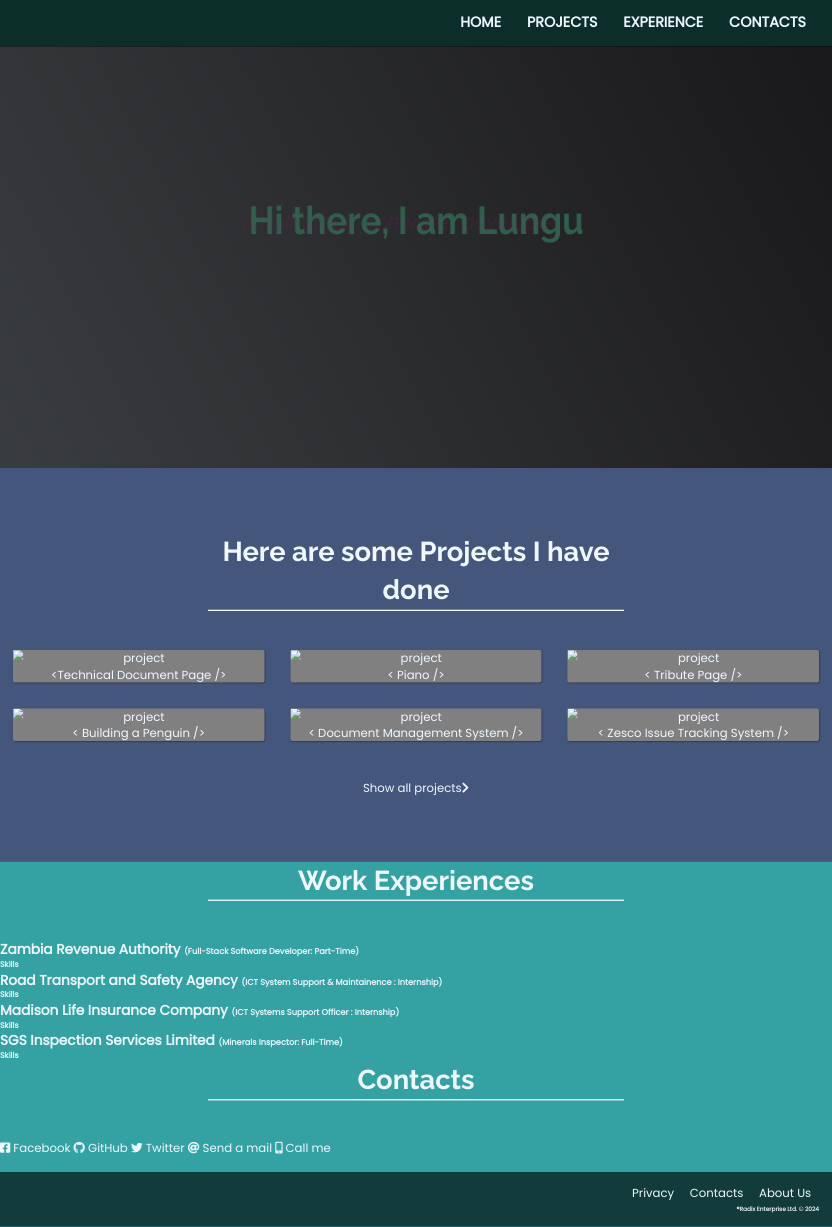
Repository: Lungdjos/personal_portifolio
Page: html/index.html
These files come from the project's save history. The page is drawn as it stood at one moment and after the next save; the edit follows.
The browser window is 1280 px wide. The pictures show the whole page, at 65% of full size.
Some web libraries are served in a nearby version.

Above is the page before, as saved 2024-02-04 00:46:01.

### html/index.html
<!DOCTYPE html>
<html lang="en">

<head>
    <meta charset="UTF-8">
    <meta name="viewport" content="width=device-width, initial-scale=1.0">
    <title>Personal Portifolio</title>
    <link rel="stylesheet" href="/css/styles.css">
    <link rel="stylesheet" href="https://use.fontawesome.com/releases/v5.8.2/css/all.css" integrity="sha384-oS3vJWv+0UjzBfQzYUhtDYW+Pj2yciDJxpsK1OYPAYjqT085Qq/1cq5FLXAZQ7Ay" crossorigin="anonymous">
    <link href="https://fonts.googleapis.com/css?family=Poppins:200i,300,400&amp;display=swap" rel="stylesheet">
    <link href="https://fonts.googleapis.com/css?family=Raleway:700&amp;display=swap" rel="stylesheet">
    <script src="edge-extension://ajdpfmkffanmkhejnopjppegokpogffp/assets/prompt.js"></script>
</head>

<body>
    <header class="header">
        <nav id="navbar">
            <ul class="nav-list">
                <li><a href="#welcome-section" class="nav-link"><i class=""></i>Home</a></li>
                <li>
                    <a href="#project-section" class="nav-link"> <i class=""></i>Projects</a>
                </li>
                <li>
                    <a href="#work-experience-section" class="nav-link"> <i class=""></i>Experience</a>
                </li>
                <li><a href="#contact-section" class="nav-link"><i class=""></i>Contacts</a></li>
            </ul>
        </nav>
    </header>
    <main class="m-3">
        <div id="spacer"></div>
        <section class="home" id="welcome-section">
            <div id="welcome-section">
                <h1 id="title">Hi there, I am Lungu</h1>
                <p id="sub-title"><span>a</span> <span>full-stack</span> <span>software</span> <span>developer</span></p>
            </div>
        </section>

        <div id="spacer"></div>
        <section class="project-section" id="project-section">
            <h2 id="project-heading" class="heading">Here are some Projects I have done</h2>

            <div class="project-grid">
                <a href="#" target="_blank" class="project project-title">
                    <img class="project-image" src="" alt="project">
                    <p class="project-title">
                        <span class="code">&lt;</span>Technical Document Page
                        <span class="code">/&gt;</span>
                    </p>
                </a>

                <a href="#" target="_blank" class="project project-title">
                    <img class="project-image" src="" alt="project">
                    <p class="project-title">
                        <span class="code">&lt;</span> Piano
                        <span class="code">/&gt;</span>
                    </p>
                </a>

                <a href="#" target="_blank" class="project project-title">
                    <img class="project-image" src="" alt="project">
                    <p class="project-title">
                        <span class="code">&lt;</span> Tribute Page
                        <span class="code">/&gt;</span>
                    </p>
                </a>

                <a href="#" target="_blank" class="project project-title">
                    <img class="project-image" src="" alt="project">
                    <p class="project-title">
                        <span class="code">&lt;</span> Building a Penguin
                        <span class="code">/&gt;</span>
                    </p>
                </a>

                <a href="#" target="_blank" class="project project-title">
                    <img class="project-image" src="" alt="project">
                    <p class="project-title">
                        <span class="code">&lt;</span> Document Management System
                        <span class="code">/&gt;</span>
                    </p>
                </a>

                <a href="#" target="_blank" class="project project-title">
                    <img class="project-image" src="" alt="project">
                    <p class="project-title">
                        <span class="code">&lt;</span> Zesco Issue Tracking System
                        <span class="code">/&gt;</span>
                    </p>
                </a>
            </div>

            <a href="#" class="btn btn-show-all" target="_blank">Show all projects<i class="fas fa-chevron-right"></i></a>
        </section>
        <div id="spacer"></div>
        <section class="work-exp-section" id="work-experience-section">
            <h2 class="heading work-exp-heading">Work Experiences</h2>
            <div id="grid">
                <div id="icon"></div>
                <div class="experience">
                    <h3>Zambia Revenue Authority <small>(Full-Stack Software Developer: Part-Time)</small></h3>
                    <h6 class="skills">Skills</h6>
                    <p>
                        <ul>
                            <li></li>
                            <li></li>
                            <li></li>
                            <li></li>
                        </ul>
                    </p>
                </div>
            </div>

            <div id="grid">
                <div id="icon"></div>
                <div class="experience">
                    <h3>Road Transport and Safety Agency <small>(ICT System Support & Maintainence : Internship)</small></h3>
                    <h6 class="skills">Skills</h6>
                    <p>
                        <ul>
                            <li></li>
                            <li></li>
                            <li></li>
                            <li></li>
                        </ul>
                    </p>
                </div>
            </div>

            <div id="grid">
                <div id="icon"></div>
                <div class="experience">
                    <h3>Madison Life Insurance Company <small>(ICT Systems Support Officer : Internship)</small></h3>
                    <h6 class="skills">Skills</h6>
                    <p>
                        <ul>
                            <li></li>
                            <li></li>
                            <li></li>
                            <li></li>
                        </ul>
                    </p>
                </div>
            </div>

            <div id="grid">
                <div id="icon"></div>
                <div class="experience">
                    <h3>SGS Inspection Services Limited <small>(Minerals Inspector: Full-Time)</small></h3>
                    <h6 class="skills">Skills</h6>
                    <p>
                        <ul>
                            <li></li>
                            <li></li>
                            <li></li>
                            <li></li>
                        </ul>
                    </p>
                </div>
            </div>
        </section>
        <div id="spacer"></div>
        <section class="contact-section" id="contact-section">
            <h2 class="heading contacts-heading">Contacts</h2>
            <div class="contact-links">
                <a href="https://facebook.com/freecodecamp" target="_blank" class="btn contact-details"><i class="fab fa-facebook-square"></i> Facebook</a>
                <a id="profile-link" href="https://github.com/freecodecamp" target="_blank" class="btn contact-details"><i class="fab fa-github"></i> GitHub</a>
                <a href="https://twitter.com/freecodecamp" target="_blank" class="btn contact-details"><i class="fab fa-twitter"></i> Twitter</a>
                <a href="mailto:example@example.com" class="btn contact-details"><i class="fas fa-at"></i> Send a mail</a>
                <a href="tel:555-555-5555" class="btn contact-details"><i class="fas fa-mobile-alt"></i> Call me</a>
            </div>
        </section>
    </main>
    <footer>
        <ul>
            <li><a href="">Privacy</a></li>
            <li><a href="">Contacts</a></li>
            <li><a href="">About Us</a></li>
        </ul>
        <span>&REG;Radix Enterprise Ltd. &copy; 2024</span>
    </footer>
</body>

</html>

### css/styles.css
/** STYLING FOR THE PORTIFOLIO **/


/* the root selector */

:root {
    /* colors */
    --col-1: aliceblue;
    --col-2: grey;
    --bc-1: #34a2a2;
    --bc-2: #0b2e28;
    --bc-3: #123b3b;
    --bc-4: #45567d;
    /* values */
}


/* general stylings */

html {
    font-size: 62.5%;
    box-sizing: border-box;
    scroll-behavior: smooth;
}

* {
    margin: 0;
    padding: 0;
}


/* box-sizing and font sizing */

*,
*::before,
*::after {
    box-sizing: inherit;
}


/* body styling */

body {
    font-family: 'Poppins', sans-serif;
    font-size: 1.8rem;
    font-weight: 400;
    line-height: 1.4;
    color: var(--col-1);
    background-color: var(--bc-1);
}


/* headings styling */

h1,
h2 {
    font-family: 'Raleway', sans-serif;
    font-weight: 600;
    text-align: center;
}

h1 {
    font-size: 6rem;
}

h2 {
    font-size: 4.2rem;
}


/* List and anchor styling */

ul {
    list-style: none;
}

a {
    color: var(--col-1);
    text-decoration: none;
}

img {
    display: block;
    width: 100%;
}


/** NAVIGATION BAR */


/* nav bar styling */

nav {
    font-weight: 600;
}

.header {
    display: flex;
    justify-content: flex-end;
    position: fixed;
    top: 0;
    left: 0;
    width: 100%;
    box-shadow: 0 2px 0 rgba(0, 0, 0, 0.4);
    z-index: 10;
    background-color: var(--bc-2);
}

nav>ul {
    display: flex;
    margin-right: 2rem;
    text-transform: uppercase;
}

.nav-list a {
    display: block;
    font-size: 2.2rem;
    padding: 2rem;
}

.nav-list a:hover {
    background: var(--bc-4);
}


/* body styling */

#spacer {
    max-width: 1000px;
    width: 100%;
    margin: 0 auto;
}

main>li {
    list-style-type: disc;
}


/** HOME PAGE */


/* Styling or the Home Page */

.home {
    width: 100%;
    height: 100vh;
    display: flex;
    flex-direction: column;
    justify-content: center;
    align-items: center;
    background: inherit;
    background-image: linear-gradient(62deg, #3a3d40 0%, #181719 100%);
}

#welcome-section>p {
    font-size: 3rem;
    font-weight: 200;
    font-style: italic;
    color: #d0a;
}

#title {
    transform-origin: center;
    animation: rotateAndChangeColor 14s infinite ease-in-out;
}

#sub-title {
    text-indent: 10px;
}

#sub-title span {
    display: inline-block;
    animation: fallAnimation 4s infinite ease-in-out forwards;
}


/** PROJECTS */


/* styling for projects */

.project-section {
    text-align: center;
    padding: 10rem 2rem;
    background: var(--bc-4);
}

.heading {
    max-width: 640px;
    margin: 0 auto 6rem auto;
    border-bottom: .2rem solid var(--col-1);
}


/* grids */

.project-grid {
    display: grid;
    grid-template-columns: repeat(auto-fit, minmax(360px, 1fr));
    grid-gap: 4rem;
    width: 100%;
    max-width: 1280px;
    margin: 0 auto;
    margin-bottom: 6rem;
}


/* individual projects */

.project {
    background: var(--col-2);
    box-shadow: 1px 1px 2px rgba(0, 0, 0, 0.4);
    border-radius: 3px;
}


/* Work Experience */

.work-exp-section small {
    font-size: 60%;
}


/* #Work-Experience #icon {
    display: flex;
    flex-direction: column;
    justify-content: center;
    height: 150px;
    width: 20vw;
}

#Work-Experience .experience {
    display: flex;
    flex-direction: column;
    justify-content: center;
    height: 125px;
    width: 80vw;
    padding: 5px;
} */


/** FOOTER */


/* footer styling */

footer {
    margin-top: 25px;
    padding: 20px;
    width: 100%;
    background-color: var(--bc-3);
}

footer>ul {
    display: flex;
    justify-content: flex-end;
}

footer>ul>li {
    padding: 0 12px;
}

footer>span {
    display: flex;
    justify-content: flex-end;
    margin-top: 6px;
    font-size: .9rem;
    font-weight: bold;
}


/** ANIMATIONS AND EFFECTS */


/* Welcome Page Animations */

@keyframes rotateAndChangeColor {
    0% {
        transform: rotateY(0deg);
        color: #333;
    }
    30% {
        transform: rotateY(360deg);
        color: #2e604a;
    }
    60% {
        transform: rotate(0deg);
        color: #45567d;
    }
    90% {
        transform: rotate(360deg);
        color: #ff6347;
    }
}

@keyframes fallAnimation {
    0% {
        transform: translateY(-60px);
        opacity: 0;
    }
    50% {
        transform: translateY(-60px);
        opacity: 0.4;
    }
    100% {
        transform: translateY(0);
        opacity: 1;
    }
}


/** STYLING FOR SMALL DEVICES */


/* 1200px / 16px = 75em */

@media (max-width: 75em) {
    html {
        font-size: 60%;
    }
}


/* 980px / 16px = 61.25em */

@media (max-width: 61.25em) {
    html {
        font-size: 58%;
    }
}


/* 460px / 16px = 28.75em */

@media (max-width: 28.75em) {
    html {
        font-size: 55%;
    }
}


/* nav bar media queries */

@media (max-width: 28.75em) {
    #navbar {
        justify-content: center;
    }
    .nav-list {
        margin: 0 1rem;
    }
}


/* projects media query */

@media (max-width: 28.75em) {
    #project-heading {
        font-size: 4rem;
    }
}

After the next save:
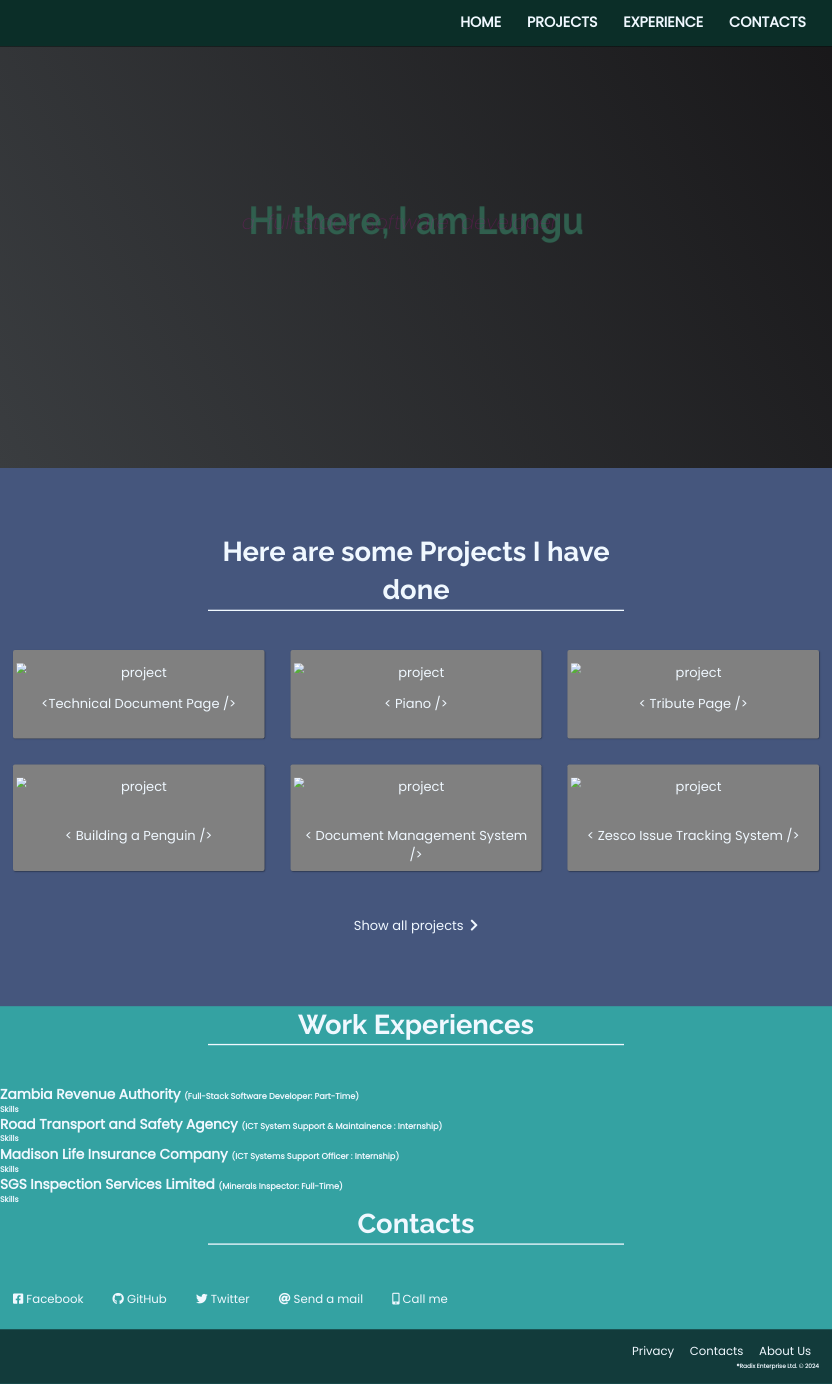
Saved 96 s later.
--- a/css/styles.css
+++ b/css/styles.css
@@ -213,6 +213,52 @@ main>li {
     border-radius: 3px;
 }
 
+.code {
+    color: var(--main-gray);
+    transition: color 0.3s ease-out;
+}
+
+.project:hover .code {
+    color: #ff7f50;
+}
+
+.project-image {
+    height: calc(100% - 6.8rem);
+    width: 100%;
+    object-fit: cover;
+}
+
+.project-title {
+    font-size: 2rem;
+    padding: 2rem 0.5rem;
+}
+
+.btn {
+    display: inline-block;
+    padding: 1rem 2rem;
+    border-radius: 2px;
+}
+
+.btn-show-all {
+    font-size: 2rem;
+    background: var(--main-gray);
+    transition: background 0.3s ease-out;
+}
+
+.btn-show-all:hover {
+    background: var(--main-red);
+}
+
+.btn-show-all:hover>i {
+    transform: translateX(2px);
+}
+
+.btn-show-all>i {
+    margin-left: 10px;
+    transform: translateX(0);
+    transition: transform 0.3s ease-out;
+}
+
 
 /* Work Experience */
 
